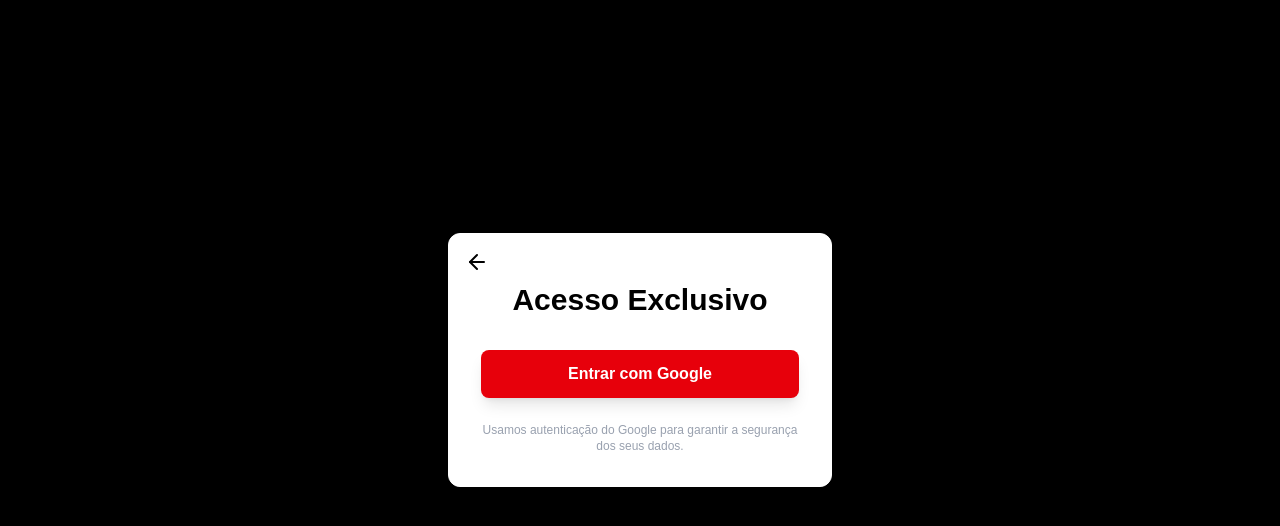
Repository: NunesJulia/faladireito-ai
Page: /login
The author's editor kept a copy of each file at every save. The page is drawn from the files as they stood at one save, then again after the next save.
The browser window is 1280 px wide. The pictures show the whole page.
The project was rebuilt for these pictures with package versions that can differ from the ones it lists, and the page was loaded fresh each time. The framework's server and built-in components were replaced by stand-ins that run in the browser. Also part of the build but not shown: next.config.ts.

Above is the page before, as saved 2025-12-08 19:26:49.

### app/layout.tsx
// app/layout.tsx
import type { Metadata } from "next";
import { Geist, Geist_Mono } from "next/font/google";
import "./globals.css";
import { Providers } from "./providers";

const geistSans = Geist({
  variable: "--font-geist-sans",
  subsets: ["latin"],
});

const geistMono = Geist_Mono({
  variable: "--font-geist-mono",
  subsets: ["latin"],
});

export const metadata: Metadata = {
  title: "Create Next App",
  description: "Generated by create next app",
};

export default function RootLayout({
  children,
}: {
  children: React.ReactNode;
}) {
  return (
    <html lang="en">
      <body
        className={`${geistSans.variable} ${geistMono.variable} antialiased`}
      >
        <Providers>{children}</Providers>
      </body>
    </html>
  );
}

### app/login/page.tsx
// app/login/page.tsx
import { Suspense } from "react";
import LoginPage from "./login_component";


export default function Page() {
  return (
    <Suspense>
      <LoginPage />
    </Suspense>
  );
}

### app/providers.tsx
// app/providers.tsx
"use client";

import { SessionProvider } from "next-auth/react";

export function Providers({ children }: { children: React.ReactNode }) {
  return <SessionProvider>{children}</SessionProvider>;
}

### app/login/login_component.tsx
// app/login/login_component.tsx
"use client";

import { Loader2, ArrowLeft } from "lucide-react"; // Adicionado ArrowLeft
import { useState, useEffect } from "react";
import { signIn } from "next-auth/react";
import { useSearchParams, useRouter } from "next/navigation"; // Adicionado useRouter

export default function LoginPage() {
  const [isLoading, setIsLoading] = useState(false);
  const searchParams = useSearchParams();
  const router = useRouter(); // Inicializando o router
  const errorParam = searchParams.get("error");

  const [error, setError] = useState<string | null>(null);

  useEffect(() => {
    if (errorParam === "OAuthAccountNotLinked") {
      setError("Este e-mail está vinculado a outro método de login.");
    } else if (errorParam) {
      setError("Falha ao fazer login. Tente novamente.");
    }
  }, [errorParam]);

  const handleLogin = async () => {
    setIsLoading(true);
    await signIn("google", { callbackUrl: "/prompt" });
  };

  const handleGoBack = () => {
    router.push("/");
  };

  return (
    // Fundo da tela preto
    <div className="flex bg-black flex-col items-center justify-center min-h-[50vh] h-screen p-6">
      {/* Caixa de Login com fundo escuro e borda branca */}
      <div className="relative w-full max-w-sm bg-white p-8 rounded-xl shadow-2xl border border-white">

        {/* Botão de Voltar para Home */}
        <button
          onClick={handleGoBack}
          className="absolute top-4 left-4 text-black hover:text-gray-400 transition duration-150"
          aria-label="Voltar para a página inicial"
        >
          <ArrowLeft className="w-6 h-6" />
        </button>

        <h2 className="text-3xl font-bold text-center text-black mt-4 mb-8">
          Acesso Exclusivo
        </h2>

        {error && (
          <p className="text-sm text-red-400 bg-black p-3 rounded-lg mb-4 text-center border border-black">
            {error}
          </p>
        )}

        <button
          onClick={handleLogin}
          disabled={isLoading}
          className={`w-full cursor-pointer py-3 px-4 rounded-lg font-semibold transition duration-300 flex items-center justify-center
            ${isLoading
                ? "bg-gray-600 text-gray-400 cursor-not-allowed"
                : "bg-red-600 hover:bg-red-700 text-white shadow-lg"
            }`}
        >
          {isLoading ? (
            <>
              <Loader2 className="w-5 h-5 mr-2 animate-spin" />
              Redirecionando...
            </>
          ) : (
            <>Entrar com Google</>
          )}
        </button>

        <p className="mt-6 text-xs text-gray-400 text-sm text-center">
          Usamos autenticação do Google para garantir a segurança dos seus dados.
        </p>
      </div>
    </div>
  );
}

Loaded but not shown: app/globals.css (common file)

After the next save:
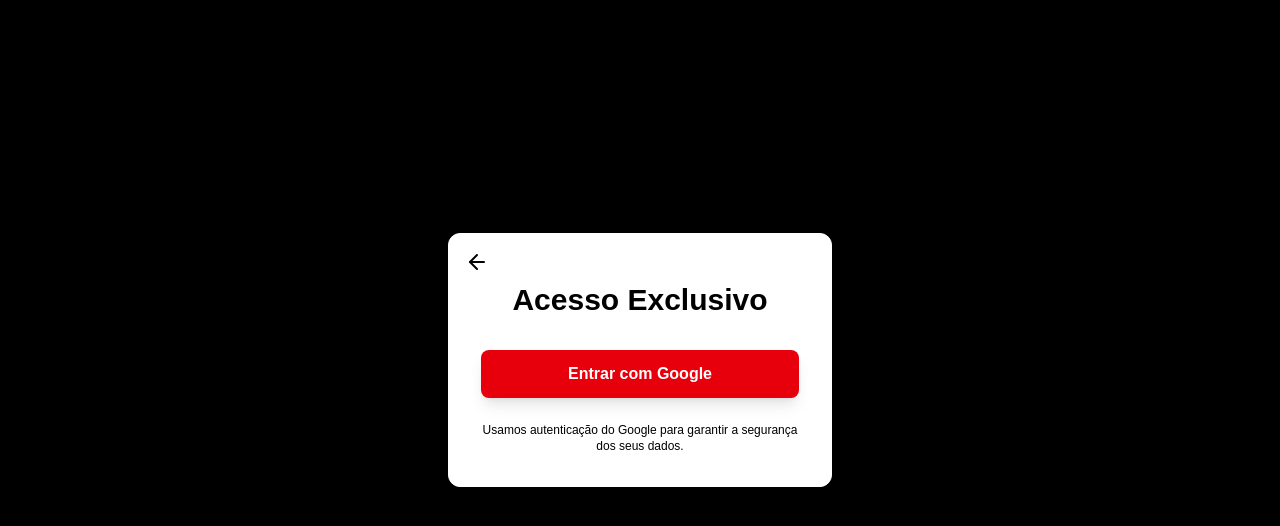
Saved 16 s later.
--- a/app/login/login_component.tsx
+++ b/app/login/login_component.tsx
@@ -75,7 +75,7 @@
           )}
         </button>
 
-        <p className="mt-6 text-xs text-gray-400 text-sm text-center">
+        <p className="mt-6 text-xs text-black text-sm text-center">
           Usamos autenticação do Google para garantir a segurança dos seus dados.
         </p>
       </div>
